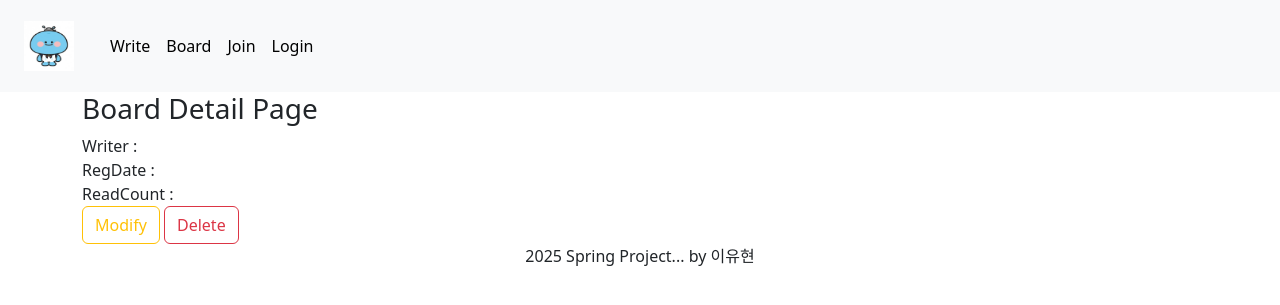
Repository: LeeYouHyeon/6.Spring
Page: http://localhost/spring_project/WEB-INF/views/board/modify.jsp
The author's editor kept a copy of each file at every save. The page is drawn from the files as they stood at one save, then again after the next save.
The browser window is 1280 px wide. The pictures show the whole page.
The page is served by Tomcat 9. Nobody is signed in. Other server files are loaded and not shown. The template is opened directly, without the code that normally fills it, so the values that code supplies are empty.

Above is the page before, as saved 2025-06-02 00:23:15.
Console error: TypeError: Cannot read properties of null (reading 'addEventListener')

### spring_project/src/main/webapp/WEB-INF/views/board/modify.jsp
<%@ page language="java" contentType="text/html; charset=UTF-8" pageEncoding="UTF-8"%>
<%@ include file="../layout/header.jsp"%>
<%@ taglib uri="http://java.sun.com/jsp/jstl/core" prefix="c"%>

<div class="container-md">
	<h3 class="line">Board Detail Page</h3>
	<div class="line">
		<div class="bno">${bvo.bno}</div>
		<div class="title">${bvo.title}</div>
	</div>
	<div class="line">
		<div class="writer">Writer : ${bvo.writer}</div>
		<div class="regDate">RegDate : ${bvo.regDate}</div>
		<div class="readCount">ReadCount : ${bvo.readCount}</div>
	</div>
	<div class="line content">${bvo.content}</div>
	<div class="line buttons">
		<button class="btn btn-outline-warning">Modify</button>
		<button class="btn btn-outline-danger">Delete</button>
	</div>
</div>

<%@ include file="../layout/footer.jsp"%>

### spring_project/src/main/webapp/WEB-INF/views/layout/header.jsp
<%@ page language="java" contentType="text/html; charset=UTF-8" pageEncoding="UTF-8"%>
<%@ taglib uri="http://java.sun.com/jsp/jstl/core" prefix="c" %>
<%@ taglib uri="http://www.springframework.org/security/tags" prefix="sec" %>
<!DOCTYPE html>
<html>
<head>
<meta charset="UTF-8">
<sec:csrfMetaTags/>
<meta name="_csrf" content="CSRF_token_VALUE">
<meta name="_csrf.header" content="X-CSRF-TOKEN">
<title>Spring Project</title>
<link rel="stylesheet" href="/resources/dist/css/bootstrap.min.css">
<script type="text/javascript" src="/resources/dist/js/bootstrap.bundle.min.js"></script>
</head>
<body>
	<nav class="navbar navbar-expand-lg bg-body-tertiary">
		<div class="container-fluid">
			<nav class="navbar bg-body-tertiary">
				<div class="container">
					<a class="navbar-brand" href="/">
						<img src="/resources/image/logo.jpg" alt="Bootstrap" width="50" height="50">
					</a>
				</div>
			</nav>
			<button class="navbar-toggler"
				type="button"
				data-bs-toggle="collapse"
				data-bs-target="#navbarSupportedContent"
				aria-controls="navbarSupportedContent"
				aria-expanded="false"
				aria-label="Toggle navigation">
				<span class="navbar-toggler-icon"></span>
			</button>
			<div class="collapse navbar-collapse" id="navbarSupportedContent">
				<ul class="navbar-nav me-auto mb-2 mb-lg-0">
					<li class="nav-item">
						<a class="nav-link active" aria-current="page" href="/board/register">Write</a>
					</li>
					<li class="nav-item">
						<a class="nav-link active" aria-current="page" href="/board/list">Board</a>
					</li>
					<sec:authorize access="isAnonymous()">
						<li class="nav-item">
							<a class="nav-link active" aria-current="page" href="/user/register">Join</a>
						</li>
						<li class="nav-item">
							<a class="nav-link active" aria-current="page" href="/user/login">Login</a>
						</li>
					</sec:authorize>
					<sec:authorize access="isAuthenticated()">
						<!-- 인증객체가 만들어진 상태(로그인) -->
						<!-- 인증 객체를 가져오기 => 현재 로그인 정보 : property="principal" -->
						<sec:authentication property="principal" var="pri"/>
						<li class="nav-item">
							<form action="/user/logout" method="post" id="logoutForm">
								<!-- CSRF -->
								<input type="hidden" name="${_csrf.parameterName}" value="${_csrf.token}">

								<a class="nav-link active" aria-current="page" id="logoutLink">Logout</a>
							</form>
						</li>
						<li class="nav-item">
							<a class="nav-link active" aria-current="page" href="/user/info">UserInfo</a>
						</li>
						<c:if test="${pri.uvo.authList.stream().anyMatch(a -> a.auth.equals('ROLE_ADMIN')).get()}">
						<li class="nav-item">
							<a class="nav-link active" aria-current="page" href="/user/list">UserList</a>
						</li>
						</c:if>
					</sec:authorize>
				</ul>
			</div>
		</div>
	</nav>

	<script type="text/javascript">
		document.getElementById('logoutLink').addEventListener('click', e => {
			  e.preventDefault();
			  document.getElementById('logoutForm').submit();
		});
	</script>

### spring_project/src/main/webapp/WEB-INF/views/layout/footer.jsp
<%@ page language="java" contentType="text/html; charset=UTF-8"
	pageEncoding="UTF-8"%>

<div class="text-center">2025 Spring Project... by 이유현</div>
</body>
</html>

Loaded but not shown: spring_project/src/main/webapp/resources/dist/css/bootstrap.min.css (library); spring_project/src/main/webapp/resources/dist/js/bootstrap.bundle.min.js (library)

After the next save:
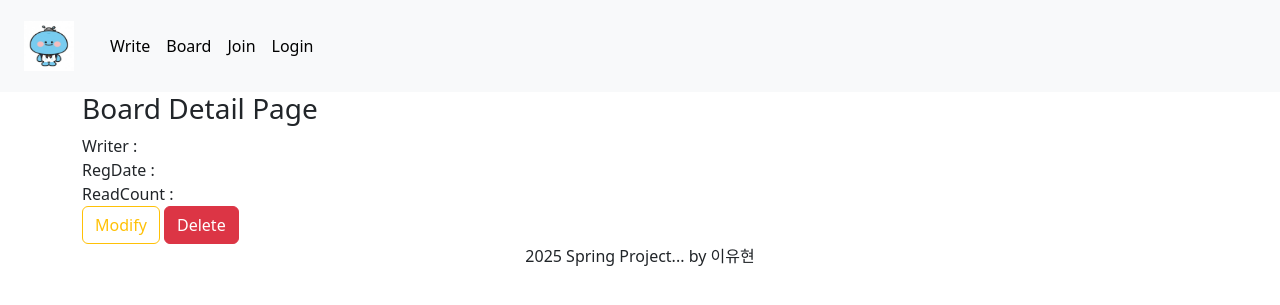
Saved 23 s later.
--- a/spring_project/src/main/webapp/WEB-INF/views/board/modify.jsp
+++ b/spring_project/src/main/webapp/WEB-INF/views/board/modify.jsp
@@ -16,7 +16,7 @@
 	<div class="line content">${bvo.content}</div>
 	<div class="line buttons">
 		<button class="btn btn-outline-warning">Modify</button>
-		<button class="btn btn-outline-danger">Delete</button>
+		<button class="btn btn-danger">Delete</button>
 	</div>
 </div>
 
